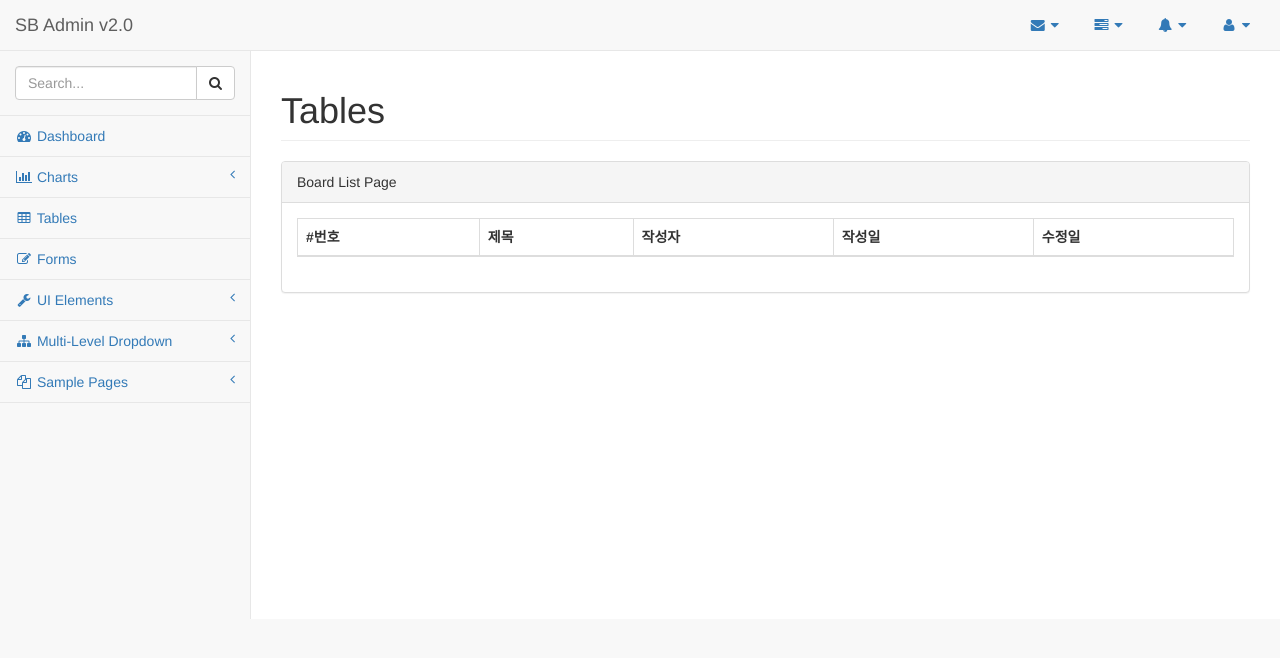
Repository: seulbeelee/springEx
Page: http://localhost/ex02/WEB-INF/views/board/list.jsp
An editor plug-in stored every save of this project. The page is shown before and after the next save, followed by the edit.
The browser window is 1280 px wide. The pictures show the whole page.
The page is served by Tomcat 9. Nobody is signed in. Other server files are loaded and not shown. The template is opened directly, without the code that normally fills it, so the values that code supplies are empty.

Above is the page before, as saved 2020-12-24 06:53:26.

### ex02/src/main/webapp/WEB-INF/views/board/list.jsp
<%@ page language="java" contentType="text/html; charset=UTF-8"
	pageEncoding="UTF-8"%>
<%@ taglib uri="http://java.sun.com/jsp/jstl/core" prefix="c"%>
<%@ taglib uri="http://java.sun.com/jsp/jstl/fmt" prefix="fmt"%>


<%@include file="../includes/header.jsp"%>
<div class="row">
	<div class="col-lg-12">
		<h1 class="page-header">Tables</h1>
	</div>
	<!-- /.col-lg-12 -->
</div>
<!-- /.row -->
<div class="row">
	<div class="col-lg-12">
		<div class="panel panel-default">
			<div class="panel-heading">Board List Page</div>
			<!-- /.panel-heading -->
			<div class="panel-body">
				<table class="table table-striped table-bordered table-hover">
					<thead>
						<tr>
							<th>#번호</th>
							<th>제목</th>
							<th>작성자</th>
							<th>작성일</th>
							<th>수정일</th>
						</tr>
					</thead>
				</table>
			</div>
			<!-- /.panel-body -->
		</div>
		<!-- /.panel -->
	</div>
</div>
<!-- /.row -->
<%@include file="../includes/footer.jsp"%>

### ex02/src/main/webapp/WEB-INF/views/includes/footer.jsp
</div>
<!-- /#page-wrapper -->

</div>
<!-- /#wrapper -->



<!-- Bootstrap Core JavaScript -->
<script
	src="${pageContext.request.contextPath}/resources/vendor/bootstrap/js/bootstrap.min.js"></script>

<!-- Metis Menu Plugin JavaScript -->
<script
	src="${pageContext.request.contextPath}/resources/vendor/metisMenu/metisMenu.min.js"></script>

<!-- DataTables JavaScript -->
<script
	src="${pageContext.request.contextPath}/resources/vendor/datatables/js/jquery.dataTables.min.js"></script>
<script
	src="${pageContext.request.contextPath}/resources/vendor/datatables-plugins/dataTables.bootstrap.min.js"></script>
<script
	src="${pageContext.request.contextPath}/resources/vendor/datatables-responsive/dataTables.responsive.js"></script>

<!-- Custom Theme JavaScript -->
<script
	src="${pageContext.request.contextPath}/resources/dist/js/sb-admin-2.js"></script>

<!-- Page-Level Demo Scripts - Tables - Use for reference -->
<script>
  $(document).ready(function() {
    $('#dataTables-example').DataTable({
      responsive: true
    });
    $(".sidebar-nav")
      .attr("class","sidebar-nav navbar-collapse collapse")
      .attr("aria-expanded",'false')
      .attr("style","height:1px");
  });
</script>

</body>

</html>

### ex02/src/main/webapp/resources/dist/css/sb-admin-2.css
/*!
 * Start Bootstrap - SB Admin 2 v3.3.7+1 (http://startbootstrap.com/template-overviews/sb-admin-2)
 * Copyright 2013-2016 Start Bootstrap
 * Licensed under MIT (https://github.com/BlackrockDigital/startbootstrap/blob/gh-pages/LICENSE)
 */
body {
  background-color: #f8f8f8;
}
#wrapper {
  width: 100%;
}
#page-wrapper {
  padding: 0 15px;
  min-height: 568px;
  background-color: white;
}
@media (min-width: 768px) {
  #page-wrapper {
    position: inherit;
    margin: 0 0 0 250px;
    padding: 0 30px;
    border-left: 1px solid #e7e7e7;
  }
}
.navbar-top-links {
  margin-right: 0;
}
.navbar-top-links li {
  display: inline-block;
}
.navbar-top-links li:last-child {
  margin-right: 15px;
}
.navbar-top-links li a {
  padding: 15px;
  min-height: 50px;
}
.navbar-top-links .dropdown-menu li {
  display: block;
}
.navbar-top-links .dropdown-menu li:last-child {
  margin-right: 0;
}
.navbar-top-links .dropdown-menu li a {
  padding: 3px 20px;
  min-height: 0;
}
.navbar-top-links .dropdown-menu li a div {
  white-space: normal;
}
.navbar-top-links .dropdown-messages,
.navbar-top-links .dropdown-tasks,
.navbar-top-links .dropdown-alerts {
  width: 310px;
  min-width: 0;
}
.navbar-top-links .dropdown-messages {
  margin-left: 5px;
}
.navbar-top-links .dropdown-tasks {
  margin-left: -59px;
}
.navbar-top-links .dropdown-alerts {
  margin-left: -123px;
}
.navbar-top-links .dropdown-user {
  right: 0;
  left: auto;
}
.sidebar .sidebar-nav.navbar-collapse {
  padding-left: 0;
  padding-right: 0;
}
.sidebar .sidebar-search {
  padding: 15px;
}
.sidebar ul li {
  border-bottom: 1px solid #e7e7e7;
}
.sidebar ul li a.active {
  background-color: #eeeeee;
}
.sidebar .arrow {
  float: right;
}
.sidebar .fa.arrow:before {
  content: "\f104";
}
.sidebar .active > a > .fa.arrow:before {
  content: "\f107";
}
.sidebar .nav-second-level li,
.sidebar .nav-third-level li {
  border-bottom: none !important;
}
.sidebar .nav-second-level li a {
  padding-left: 37px;
}
.sidebar .nav-third-level li a {
  padding-left: 52px;
}
@media (min-width: 768px) {
  .sidebar {
    z-index: 1;
    position: absolute;
    width: 250px;
    margin-top: 51px;
  }
  .navbar-top-links .dropdown-messages,
  .navbar-top-links .dropdown-tasks,
  .navbar-top-links .dropdown-alerts {
    margin-left: auto;
  }
}
.btn-outline {
  color: inherit;
  background-color: transparent;
  transition: all .5s;
}
.btn-primary.btn-outline {
  color: #428bca;
}
.btn-success.btn-outline {
  color: #5cb85c;
}
.btn-info.btn-outline {
  color: #5bc0de;
}
.btn-warning.btn-outline {
  color: #f0ad4e;
}
.btn-danger.btn-outline {
  color: #d9534f;
}
.btn-primary.btn-outline:hover,
.btn-success.btn-outline:hover,
.btn-info.btn-outline:hover,
.btn-warning.btn-outline:hover,
.btn-danger.btn-outline:hover {
  color: white;
}
.chat {
  margin: 0;
  padding: 0;
  list-style: none;
}
.chat li {
  margin-bottom: 10px;
  padding-bottom: 5px;
  border-bottom: 1px dotted #999999;
}
.chat li.left .chat-body {
  margin-left: 60px;
}
.chat li.right .chat-body {
  margin-right: 60px;
}
.chat li .chat-body p {
  margin: 0;
}
.panel .slidedown .glyphicon,
.chat .glyphicon {
  margin-right: 5px;
}
.chat-panel .panel-body {
  height: 350px;
  overflow-y: scroll;
}
.login-panel {
  margin-top: 25%;
}
.flot-chart {
  display: block;
  height: 400px;
}
.flot-chart-content {
  width: 100%;
  height: 100%;
}
table.dataTable thead .sorting,
table.dataTable thead .sorting_asc,
table.dataTable thead .sorting_desc,
table.dataTable thead .sorting_asc_disabled,
table.dataTable thead .sorting_desc_disabled {
  background: transparent;
}
table.dataTable thead .sorting_asc:after {
  content: "\f0de";
  float: right;
  font-family: fontawesome;
}
table.dataTable thead .sorting_desc:after {
  content: "\f0dd";
  float: right;
  font-family: fontawesome;
}
table.dataTable thead .sorting:after {
  content: "\f0dc";
  float: right;
  font-family: fontawesome;
  color: rgba(50, 50, 50, 0.5);
}
.btn-circle {
  width: 30px;
  height: 30px;
  padding: 6px 0;
  border-radius: 15px;
  text-align: center;
  font-size: 12px;
  line-height: 1.428571429;
}
.btn-circle.btn-lg {
  width: 50px;
  height: 50px;
  padding: 10px 16px;
  border-radius: 25px;
  font-size: 18px;
  line-height: 1.33;
}
.btn-circle.btn-xl {
  width: 70px;
  height: 70px;
  padding: 10px 16px;
  border-radius: 35px;
  font-size: 24px;
  line-height: 1.33;
}
.show-grid [class^="col-"] {
  padding-top: 10px;
  padding-bottom: 10px;
  border: 1px solid #ddd;
  background-color: #eee !important;
}
.show-grid {
  margin: 15px 0;
}
.huge {
  font-size: 40px;
}
.panel-green {
  border-color: #5cb85c;
}
.panel-green > .panel-heading {
  border-color: #5cb85c;
  color: white;
  background-color: #5cb85c;
}
.panel-green > a {
  color: #5cb85c;
}
.panel-green > a:hover {
  color: #3d8b3d;
}
.panel-red {
  border-color: #d9534f;
}
.panel-red > .panel-heading {
  border-color: #d9534f;
  color: white;
  background-color: #d9534f;
}
.panel-red > a {
  color: #d9534f;
}
.panel-red > a:hover {
  color: #b52b27;
}
.panel-yellow {
  border-color: #f0ad4e;
}
.panel-yellow > .panel-heading {
  border-color: #f0ad4e;
  color: white;
  background-color: #f0ad4e;
}
.panel-yellow > a {
  color: #f0ad4e;
}
.panel-yellow > a:hover {
  color: #df8a13;
}
.timeline {
  position: relative;
  padding: 20px 0 20px;
  list-style: none;
}
.timeline:before {
  content: " ";
  position: absolute;
  top: 0;
  bottom: 0;
  left: 50%;
  width: 3px;
  margin-left: -1.5px;
  background-color: #eeeeee;
}
.timeline > li {
  position: relative;
  margin-bottom: 20px;
}
.timeline > li:before,
.timeline > li:after {
  content: " ";
  display: table;
}
.timeline > li:after {
  clear: both;
}
.timeline > li:before,
.timeline > li:after {
  content: " ";
  display: table;
}
.timeline > li:after {
  clear: both;
}
.timeline > li > .timeline-panel {
  float: left;
  position: relative;
  width: 46%;
  padding: 20px;
  border: 1px solid #d4d4d4;
  border-radius: 2px;
  -webkit-box-shadow: 0 1px 6px rgba(0, 0, 0, 0.175);
  box-shadow: 0 1px 6px rgba(0, 0, 0, 0.175);
}
.timeline > li > .timeline-panel:before {
  content: " ";
  display: inline-block;
  position: absolute;
  top: 26px;
  right: -15px;
  border-top: 15px solid transparent;
  border-right: 0 solid #ccc;
  border-bottom: 15px solid transparent;
  border-left: 15px solid #ccc;
}
.timeline > li > .timeline-panel:after {
  content: " ";
  display: inline-block;
  position: absolute;
  top: 27px;
  right: -14px;
  border-top: 14px solid transparent;
  border-right: 0 solid #fff;
  border-bottom: 14px solid transparent;
  border-left: 14px solid #fff;
}
.timeline > li > .timeline-badge {
  z-index: 100;
  position: absolute;
  top: 16px;
  left: 50%;
  width: 50px;
  height: 50px;
  margin-left: -25px;
  border-radius: 50% 50% 50% 50%;
  text-align: center;
  font-size: 1.4em;
  line-height: 50px;
  color: #fff;
  background-color: #999999;
}
.timeline > li.timeline-inverted > .timeline-panel {
  float: right;
}
.timeline > li.timeline-inverted > .timeline-panel:before {
  right: auto;
  left: -15px;
  border-right-width: 15px;
  border-left-width: 0;
}
.timeline > li.timeline-inverted > .timeline-panel:after {
  right: auto;
  left: -14px;
  border-right-width: 14px;
  border-left-width: 0;
}
.timeline-badge.primary {
  background-color: #2e6da4 !important;
}
.timeline-badge.success {
  background-color: #3f903f !important;
}
.timeline-badge.warning {
  background-color: #f0ad4e !important;
}
.timeline-badge.danger {
  background-color: #d9534f !important;
}
.timeline-badge.info {
  background-color: #5bc0de !important;
}
.timeline-title {
  margin-top: 0;
  color: inherit;
}
.timeline-body > p,
.timeline-body > ul {
  margin-bottom: 0;
}
.timeline-body > p + p {
  margin-top: 5px;
}
@media (max-width: 767px) {
  ul.timeline:before {
    left: 40px;
  }
  ul.timeline > li > .timeline-panel {
    width: calc(10%);
    width: -moz-calc(10%);
    width: -webkit-calc(10%);
  }
  ul.timeline > li > .timeline-badge {
    top: 16px;
    left: 15px;
    margin-left: 0;
  }
  ul.timeline > li > .timeline-panel {
    float: right;
  }
  ul.timeline > li > .timeline-panel:before {
    right: auto;
    left: -15px;
    border-right-width: 15px;
    border-left-width: 0;
  }
  ul.timeline > li > .timeline-panel:after {
    right: auto;
    left: -14px;
    border-right-width: 14px;
    border-left-width: 0;
  }
}

Loaded but not shown: ex02/src/main/webapp/resources/dist/js/sb-admin-2.js (47 lines, source omitted); ex02/src/main/webapp/WEB-INF/views/includes/header.jsp (377 lines, source omitted)

After the next save:
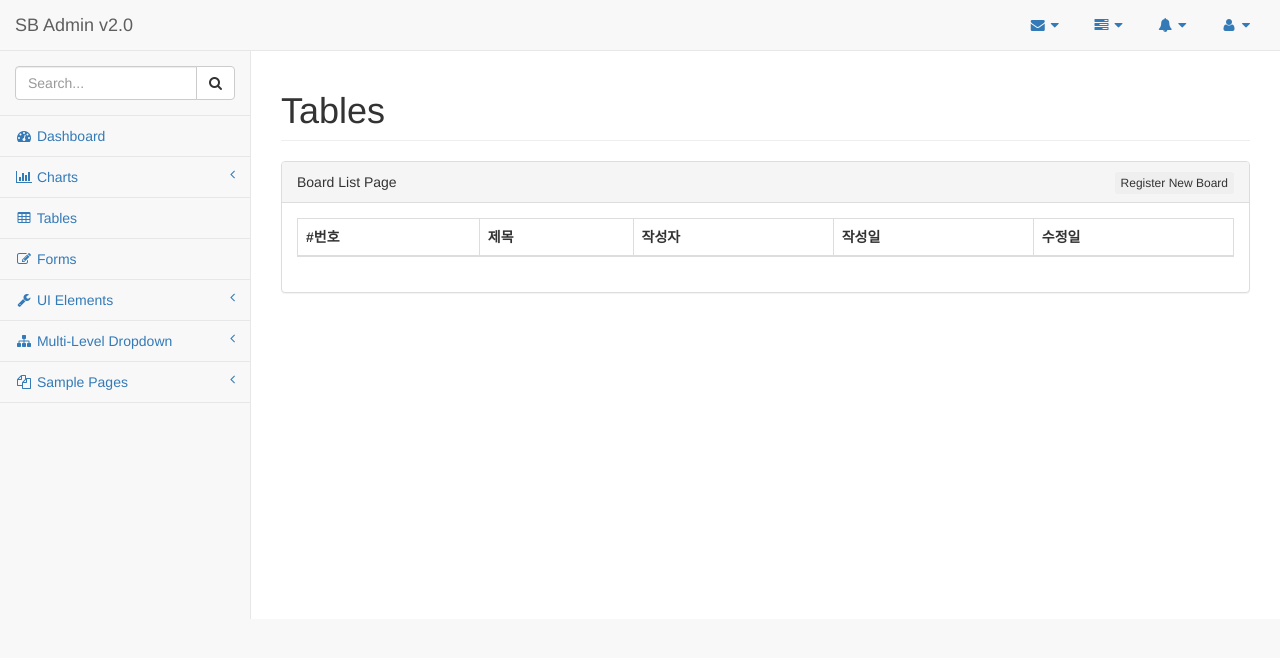
Saved 3 min 6 s later.
--- a/ex02/src/main/webapp/WEB-INF/views/board/list.jsp
+++ b/ex02/src/main/webapp/WEB-INF/views/board/list.jsp
@@ -15,7 +15,8 @@
 <div class="row">
 	<div class="col-lg-12">
 		<div class="panel panel-default">
-			<div class="panel-heading">Board List Page</div>
+			<div class="panel-heading">Board List Page<button id='regBtn' type="button" class="btn btn-xs pull-right">Register
+					New Board</button></div>
 			<!-- /.panel-heading -->
 			<div class="panel-body">
 				<table class="table table-striped table-bordered table-hover">
